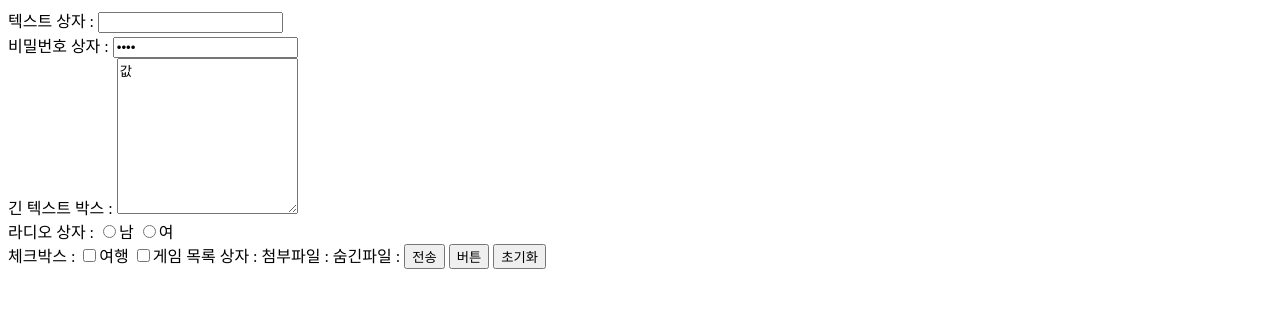
Repository: hololog/workspace_jsp1
Page: JspStudy/src/main/webapp/js1/Test12.html
These files come from the project's save history. The page is drawn as it stood at one moment and after the next save; the edit follows.
The browser window is 1280 px wide. The pictures show the whole page.

Above is the page before, as saved 2021-12-09 07:09:00.

After the next save:
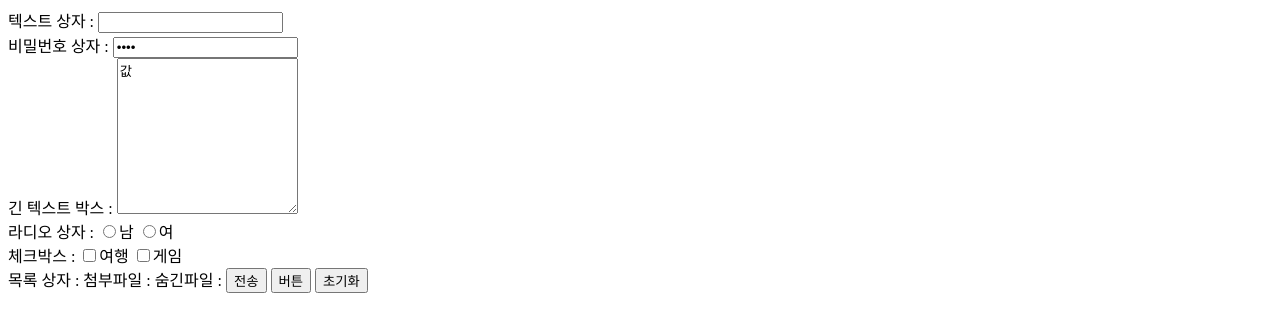
Saved 16 s later.
--- a/JspStudy/src/main/webapp/js1/Test12.html
+++ b/JspStudy/src/main/webapp/js1/Test12.html
@@ -16,7 +16,7 @@
   라디오 상자 : <input type="radio" name="ra" value="남">남
              <input type="radio" name="ra" value="여">여<br>
   체크박스 :  <input type="checkbox" name="ch" value="여행">여행
-            <input type="checkbox" name="ch" value="게임">게임
+            <input type="checkbox" name="ch" value="게임">게임<br>
   목록 상자 :
   첨부파일 :
   숨긴파일 :
